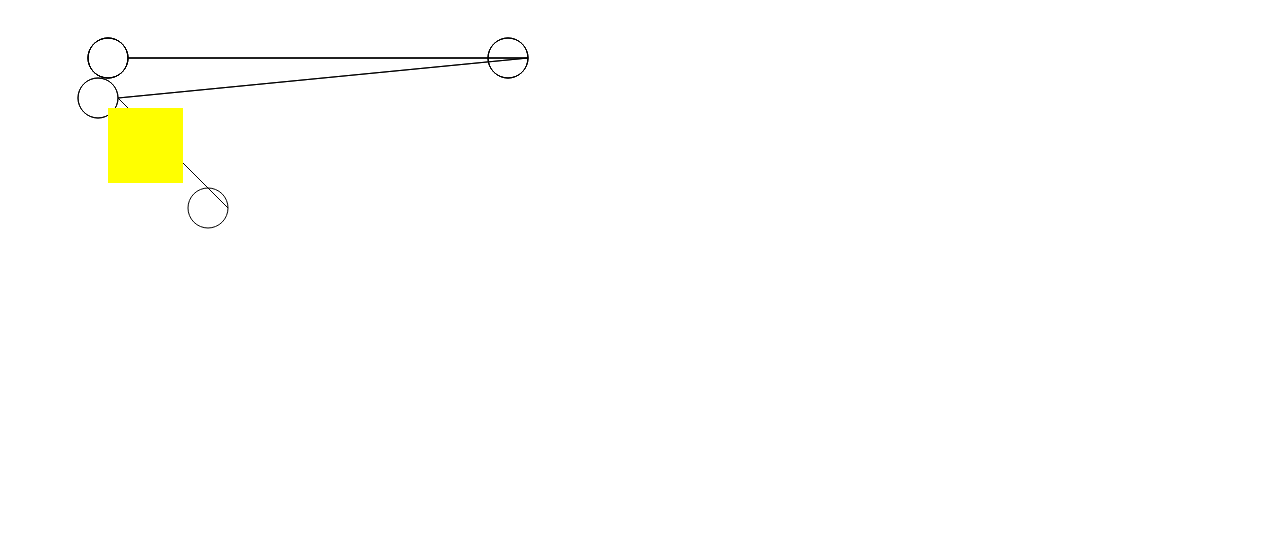
Repository: facio313/Python
Page: HELLO_PYTHON/day17/templates/canvas.html
The author's editor kept a copy of each file at every save. The page is drawn from the files as they stood at one save, then again after the next save.
The browser window is 1280 px wide. The pictures show the whole page.

Above is the page before, as saved 2022-12-15 10:36:05.

### HELLO_PYTHON/day17/templates/canvas.html
<!DOCTYPE html>
<html>
<head>
<meta charset="UTF-8">
<title>Insert title here</title>
</head>
<body onload="loader()">
<script>
function loader(){
	var canvas = document.getElementById( "canvas" );   // canvas 객체
	var ctx = canvas.getContext( "2d" );      // 2d canvas 획득

	ctx.arc(100, 50, 20, 0, Math.PI*2, false );
	ctx.stroke();

	ctx.arc(500, 50, 20, 0, Math.PI*2, false );
	ctx.stroke();

	ctx.arc(90, 90, 20, 0, Math.PI*2, false );
	ctx.stroke();

	ctx.arc(200, 200, 20, 0, Math.PI*2, false );
	ctx.stroke();

	ctx.fillStyle = "rgba(255, 255, 0, 1)";
	ctx.fillRect (100, 100, 75, 75);
}
</script>

 <canvas id="canvas" width="600" height="500"/>

</body>
</html>

After the next save:
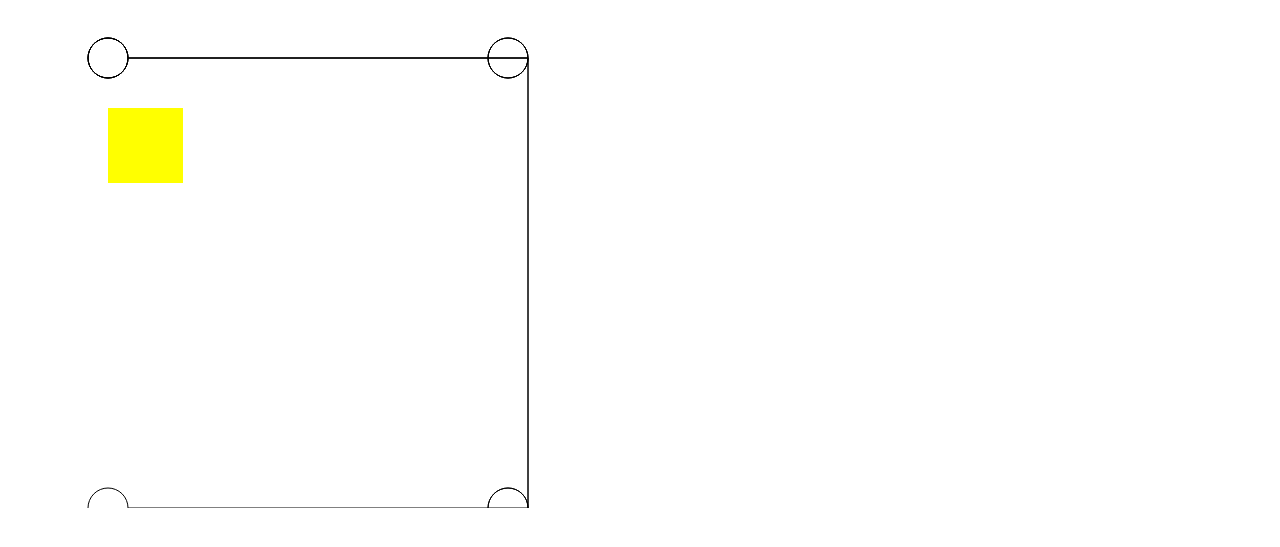
Saved 19 s later.
--- a/HELLO_PYTHON/day17/templates/canvas.html
+++ b/HELLO_PYTHON/day17/templates/canvas.html
@@ -16,10 +16,10 @@ function loader(){
 	ctx.arc(500, 50, 20, 0, Math.PI*2, false );
 	ctx.stroke();
 
-	ctx.arc(90, 90, 20, 0, Math.PI*2, false );
+	ctx.arc(500, 500, 20, 0, Math.PI*2, false );
 	ctx.stroke();
 
-	ctx.arc(200, 200, 20, 0, Math.PI*2, false );
+	ctx.arc(100, 500, 20, 0, Math.PI*2, false );
 	ctx.stroke();
 
 	ctx.fillStyle = "rgba(255, 255, 0, 1)";
